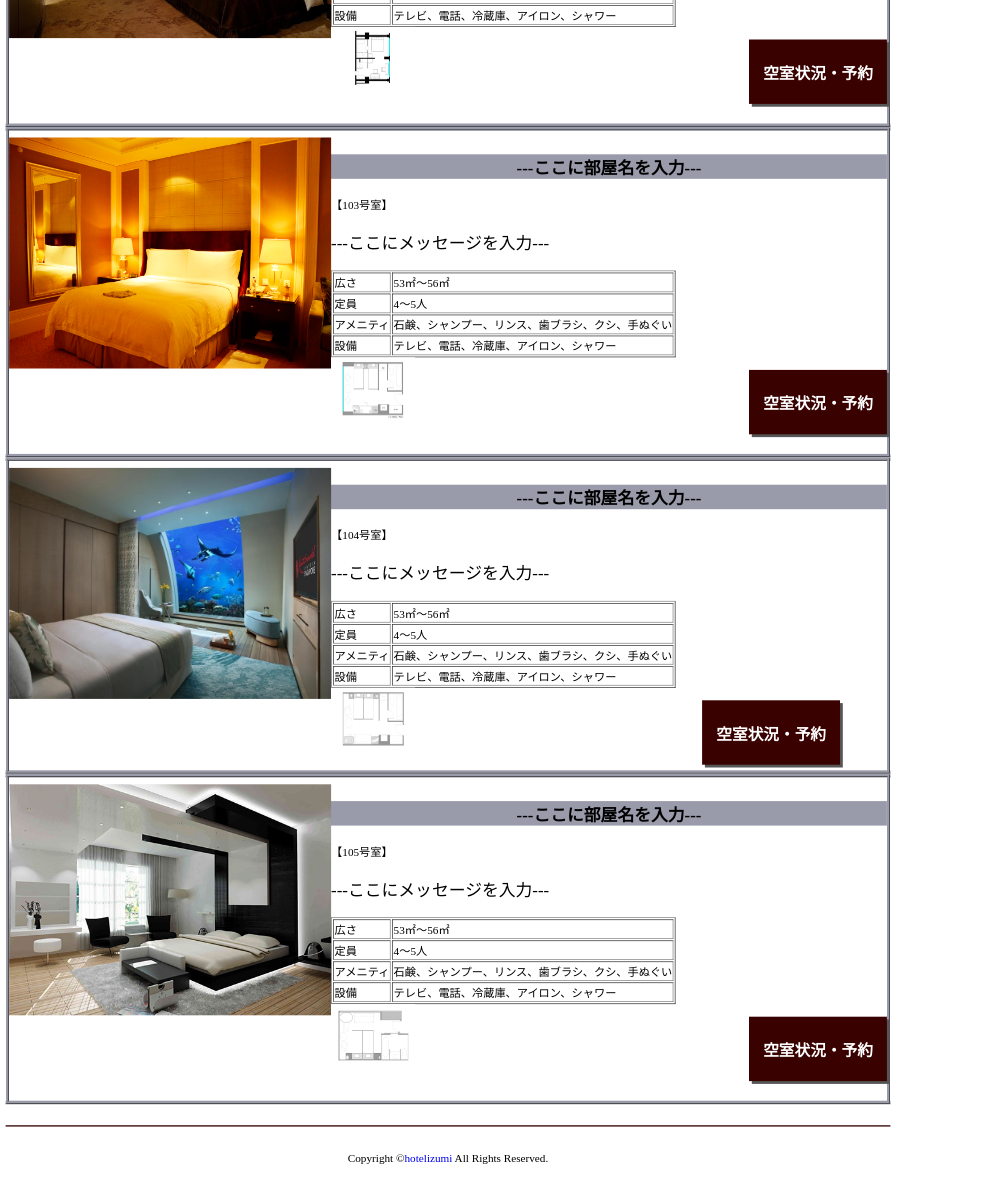
Repository: sep-dev/hotel_site
Page: http://localhost/HOTEL_IZUMI/vip
An editor plug-in stored every save of this project. The page is shown before and after the next save, followed by the edit.
The browser window is 1280 px wide. The page is 1413 px wide, so the pictures cover 1413 px, including what lies to the right of the window. The pictures show the part of the page from y = 838 to 2558 px (the page is 2538 px tall before and 2558 px after), at 70% of full size.
The page is served by Tomcat 9. Other server files are loaded and not shown.

Above is the page before, as saved 2016-05-30 01:01:30.

### HOTEL_IZUMI/src/main/webapp/WEB-INF/views/vip.jsp
<!DOCTYPE html>
<%@ page language="java" contentType="text/html; charset=UTF-8" pageEncoding="UTF-8"%>
<html>

<head>
<meta http-equiv="Content-type" content="text/html; charset=Shift_JIS">
<!-- <link href="<c:url value='/resources/css/style.css' />" rel="stylesheet">
<link rel="stylesheet" href="${pageContext.request.contextPath}/css/style.css"> -->
<style type="text/css">
      div.example img {
        margin: 0px 70px 0px 0px;
      }
      <%@include file="../css/style.css" %>
    </style>
<title>VIPルーム</title>
</head>

<body>
<form action="http://localhost:8080/Izumi/calender">


<div id="header">
      <div id="header h1"><h1><a HREF="http://localhost:8080/Izumi/top" STYLE="text-decoration:none"><font color="#FFFFFF">HOTEL&nbsp;&nbsp;&nbsp;IZUMI</font></a><img id="img" src="./resources/image/vip.jpg" width="80" height="55" align="right"></h1></div>
    </div>




<div id="oneset">
<img src="./resources/image/vip1.jpg" width="460" height="330" align="left">
    <p id="name">---ここに部屋名を入力---</p>
        <p id="RoomNB">【101号室】</p>
        <p id="message">---ここにメッセージを入力---</p>
<table border="1">
<tr>
    <td>広さ</td>
    <td>53㎡～56㎡</td>
</tr>
<tr>
    <td>定員</td>
    <td>4～5人</td>
</tr>
<tr>
    <td>アメニティ</td>
    <td>石鹸、シャンプー、リンス、歯ブラシ、クシ、手ぬぐい</td>
</tr>
<tr>
    <td>設備</td>
    <td>テレビ、電話、冷蔵庫、アイロン、シャワー</td>
</tr>
</table>
 <div class="example">
<img id="img" src="./resources/image/vip1_1.jpg" width="120px" height="90px" align="left">
</div>
<br>
<button class="button2" type="submit" >空室状況・予約</button>
<br clear="all">
<br>
</div>

<div id="oneset">
<img src="./resources/image/vip2.jpg" width="460" height="330" align="left">
    <p id="name">---ここに部屋名を入力---</p>
        <p id="RoomNB">【102号室】</p>
        <p id="message">---ここにメッセージを入力---</p>
<table border="1">
<tr>
    <td>広さ</td>
    <td>53㎡～56㎡</td>
</tr>
<tr>
    <td>定員</td>
    <td>4～5人</td>
</tr>
<tr>
    <td>アメニティ</td>
    <td>石鹸、シャンプー、リンス、歯ブラシ、クシ、手ぬぐい</td>
</tr>
<tr>
    <td>設備</td>
    <td>テレビ、電話、冷蔵庫、アイロン、シャワー</td>
</tr>
</table>
<div class="example">
<img id="img" src="./resources/image/vip2_2.jpg" width="120px" height="90px" align="left">
</div>
<br>
<button class="button2" type="submit" >空室状況・予約</button>
<br clear="all">
<br>
</div>

<div id="oneset">
<img src="./resources/image/vip3.jpg" width="460" height="330" align="left">
    <p id="name">---ここに部屋名を入力---</p>
        <p id="RoomNB">【103号室】</p>
        <p id="message">---ここにメッセージを入力---</p>
<table border="1">
<tr>
    <td>広さ</td>
    <td>53㎡～56㎡</td>
</tr>
<tr>
    <td>定員</td>
    <td>4～5人</td>
</tr>
<tr>
    <td>アメニティ</td>
    <td>石鹸、シャンプー、リンス、歯ブラシ、クシ、手ぬぐい</td>
</tr>
<tr>
    <td>設備</td>
    <td>テレビ、電話、冷蔵庫、アイロン、シャワー</td>
</tr>
</table>
<div class="example">
<img id="img" src="./resources/image/vip3_3.jpg" width="120px" height="90px" align="left">
</div>
<br>
<button class="button2" type="submit">空室状況・予約</button>
<br clear="all">
<br>
</div>

<div id="oneset">
<img src="./resources/image/vip4.jpg" width="460" height="330" align="left">
    <p id="name">---ここに部屋名を入力---</p>
        <p id="RoomNB">【104号室】</p>
        <p id="message">---ここにメッセージを入力---</p>
<table border="1">
<tr>
    <td>広さ</td>
    <td>53㎡～56㎡</td>
</tr>
<tr>
    <td>定員</td>
    <td>4～5人</td>
</tr>
<tr>
    <td>アメニティ</td>
    <td>石鹸、シャンプー、リンス、歯ブラシ、クシ、手ぬぐい</td>
</tr>
<tr>
    <td>設備</td>
    <td>テレビ、電話、冷蔵庫、アイロン、シャワー</td>
</tr>
</table>
<div class="example">
<img id="img" src="./resources/image/vip4_4.jpg" width="120px" height="90px" align="left">
</div>
<br>
<button class="button2" type="submit" style="position: absolute; right: 80px;">空室状況・予約</button>
<br clear="all">
<br>
</div>

<div id="oneset">
<img src="./resources/image/vip5.jpg" width="460" height="330" align="left">
    <p id="name">---ここに部屋名を入力---</p>
        <p id="RoomNB">【105号室】</p>
        <p id="message">---ここにメッセージを入力---</p>
<table border="1">
<tr>
    <td>広さ</td>
    <td>53㎡～56㎡</td>
</tr>
<tr>
    <td>定員</td>
    <td>4～5人</td>
</tr>
<tr>
    <td>アメニティ</td>
    <td>石鹸、シャンプー、リンス、歯ブラシ、クシ、手ぬぐい</td>
</tr>
<tr>
    <td>設備</td>
    <td>テレビ、電話、冷蔵庫、アイロン、シャワー</td>
</tr>
</table>
<div class="example">
<img id="img" src="./resources/image/vip5_5.jpg" width="120px" height="90px" align="left">
</div>
<br>
<button class="button2" type="submit" >空室状況・予約</button>
<br clear="all">
<br>
</div>

<div id="footer">
    <p id="copyright">Copyright &copy;<a href="http://hotelizumi.com">hotelizumi</a> All Rights Reserved.</p>
</div>
</form>
</body>
</html>

### HOTEL_IZUMI/src/main/webapp/WEB-INF/views/common/header.jsp
<%@ taglib uri="http://java.sun.com/jsp/jstl/core" prefix="c" %>
<%@ taglib prefix="form" uri="http://www.springframework.org/tags/form"%>
<%@page language="java" contentType="text/html; charset=UTF-8" pageEncoding="UTF-8"%>
<%@ page contentType="text/html; charset=UTF-8"%>

### HOTEL_IZUMI/src/main/webapp/WEB-INF/css/style.css
html{
    margin: 0;
    margin-top:-20px;
    padding: 0;
    width:100%;
    height:100%;
}
.top{
	display:block;
	margin-left:auto;
	margin-right:auto;
}

#contents {
    top : 0px;
    padding : 10px;
    margin : 10px;
    text-align : center;
}

#contents img{
    padding-bottom:10px;
}

#contents button {
    font-size: 1.4em;
    font-weight: bold;
    padding: 10px 30px;
    background-color: #200;
    color: #ffffff;
    border-style: none;
}

#table{
    border:0;
    background-color:#CCCCCC;
    font-size:24px;
    color:#666666;
    width:200px;
}

#table3{
    border:0;
    background-color:#CCCCCC;
    font-size:24px;
    color:#666666;
    width:200px;
}

/*--------calender----------*/
#Sunday{
    text-align:center;
    width:200;
    height:40;
    background-color:#C7D8ED;
    color:#FF3300;
    padding:15px;
}
#MonFri{
    text-align:center;
    width:200;
    background-color:#C7D8ED;
    color:#666666;
    padding:15px;
}
#Saturday{
    text-align:center;
    width:200;
    background-color:#C7D8ED;
    color:#666666;
    padding:15px;
}
#Saturday2{
    text-align:center;
    width:200;
    background-color:#A6C0E1;
    color:#666666;
}
#Sunday2{
    text-align:center;
    height:40;
    background-color:#FFCC99;
    color:#666666;
}
#Weekday{
    text-align:center;
    background-color:#FFFFFF;
    color:#666666;
    width:200;
}
#publicholiday{
    text-align:center;
    background-color:#FF3300;
    color:#FFFFFF;
}
#table2 tr td{
    border:0;
    font-size:24px;
    color:#666666;
    width:400px;
}
#float{
    float:left;
}
/* --------------------------------------*/

#header {
    top: 0px;
    left: 0px;
    height: 75px;
    margin-right: auto;
    margin-left: auto;
    text-align : center;
    background-color : #3A0101;

}
#header h1{
    padding-top: 20px;
    font-family: 'Times New Roman', Times, serif;
 	color:#ffffff;
}


#top{
    font-size: 200%;
}

#oneset{
	padding-top: 10px;
	padding-bottom: 10px;

	border-width: thick;
	border-color: #999AAA;
	border-style: ridge;
}
#name
{
    text-align: center;
	font-size: 150%;
    font-family: 'Segoe UI', Tahoma, Geneva, Verdana, sans-serif;
    font-weight: bold;
    background-color: #999AAA;
    font-family: 'Times New Roman', Times, serif;

}
#message{
	color: #000000;
    padding-left: 300px;
	font-size: 150%;

	text-align: left; margin-left: 100px; margin-right: 0px; width: 1000px;
}


/*---------入力フォーム----------*/

#reservation{

    padding-top: 20px;
    margin-bottom:50px;
    font-family: 'Times New Roman', Times, serif;
 	color:#000000;
}

#form{
    margin-top:30px

}


button.button2 {
    float:right;
    font-size: 1.4em;
    font-weight: bold;
    padding: 30px 20px;
    background-color: #3A0101;
    color: #ffffff;
    border-style: none;
    font-family: 'Times New Roman', Times, serif;
    box-shadow:4px 4px #555;
}

/*
footer ------------------------------------------------------*/

#footer {
    margin-top:30px;
    border-top:2px solid #3A1010;
    padding-top:20px;
    padding-bottom:20px;
}

#footer p{
    text-align:center;
}
#footer p a{
    text-decoration: none;
}
#footborder hr{
    border-color:#3A1010;
    border-width:1px;
}

After the next save:
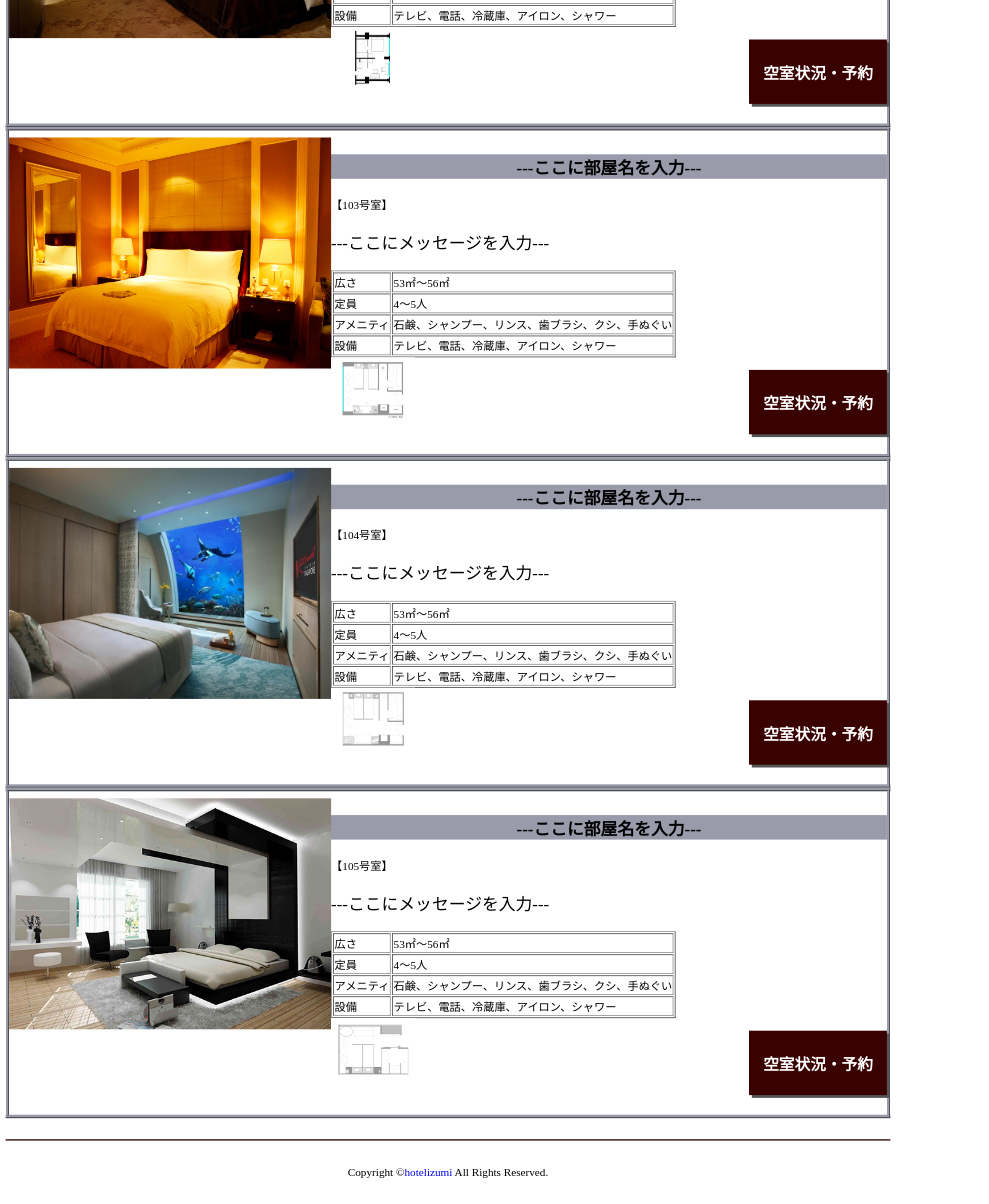
Saved 96 s later.
--- a/HOTEL_IZUMI/src/main/webapp/WEB-INF/views/vip.jsp
+++ b/HOTEL_IZUMI/src/main/webapp/WEB-INF/views/vip.jsp
@@ -53,7 +53,7 @@
 <img id="img" src="./resources/image/vip1_1.jpg" width="120px" height="90px" align="left">
 </div>
 <br>
-<button class="button2" type="submit" >空室状況・予約</button>
+<button class="button2" type="submit" value="101" >空室状況・予約</button>
 <br clear="all">
 <br>
 </div>
@@ -85,7 +85,7 @@
 <img id="img" src="./resources/image/vip2_2.jpg" width="120px" height="90px" align="left">
 </div>
 <br>
-<button class="button2" type="submit" >空室状況・予約</button>
+<button class="button2" type="submit" value="102" >空室状況・予約</button>
 <br clear="all">
 <br>
 </div>
@@ -117,7 +117,7 @@
 <img id="img" src="./resources/image/vip3_3.jpg" width="120px" height="90px" align="left">
 </div>
 <br>
-<button class="button2" type="submit">空室状況・予約</button>
+<button class="button2" type="submit" value="103" >空室状況・予約</button>
 <br clear="all">
 <br>
 </div>
@@ -149,7 +149,7 @@
 <img id="img" src="./resources/image/vip4_4.jpg" width="120px" height="90px" align="left">
 </div>
 <br>
-<button class="button2" type="submit" style="position: absolute; right: 80px;">空室状況・予約</button>
+<button class="button2" type="submit" value="104" >空室状況・予約</button>
 <br clear="all">
 <br>
 </div>
@@ -181,7 +181,7 @@
 <img id="img" src="./resources/image/vip5_5.jpg" width="120px" height="90px" align="left">
 </div>
 <br>
-<button class="button2" type="submit" >空室状況・予約</button>
+<button class="button2" type="submit" value="105" >空室状況・予約</button>
 <br clear="all">
 <br>
 </div>
